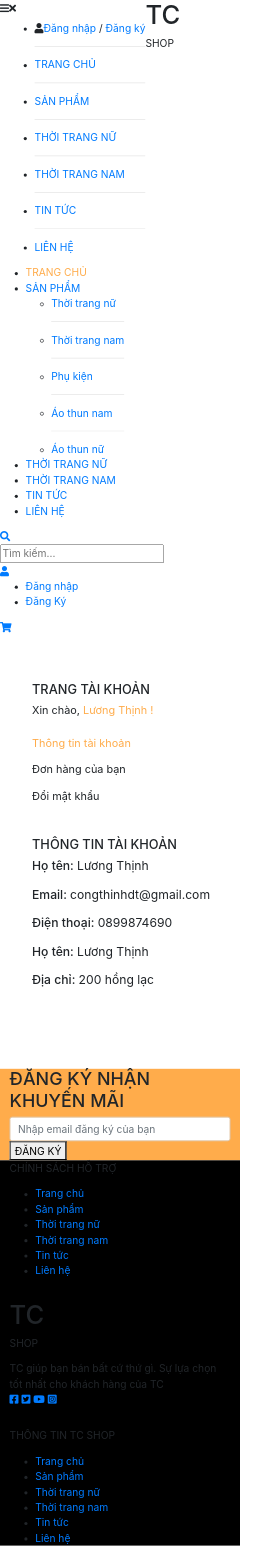
Repository: congthinh1701/TCshop
Page: ThongTinTaiKhoan.html
The author's editor kept a copy of each file at every save. The page is drawn from the files as they stood at one save, then again after the next save.
The browser window is 375 px wide. The page is 425 px wide, then 385 px, so the pictures cover 425 px, including what lies to the right of the window. The pictures show the whole page, at 64% of full size.
The style sheet was rebuilt from its Sass, Less or Tailwind sources for each picture, by a compiler version that may differ from the author's.

Above is the page before, as saved 2021-09-08 17:29:20.

### ThongTinTaiKhoan.html
<!DOCTYPE html>
<html lang="en">
<head>
    <meta charset="UTF-8">
    <meta http-equiv="X-UA-Compatible" content="IE=edge">
    <meta name="viewport" content="width=device-width, initial-scale=1.0">
    <title>Document</title>
    <link rel="stylesheet" href="fontawesome-free-5.15.4-web/css/all.css">
    <link rel="stylesheet" href="sass/style.css">
</head>
<body>
    <div id="headerID"> <!-- your header --> </div>
    <div class="container admin">
        <div class="trang-tai-khoan">
            <h5>TRANG TÀI KHOẢN</h5>
            <div class="trang-tai-khoan-hello left ">
                <p>Xin chào, <span>Lương Thịnh !</span></p>
            </div>
            <div class="trang-tai-khoan-thong-tin left active">
                <p>Thông tin tài khoản</p>
            </div>
            <div class="trang-tai-khoan-hello left">
                <p>Đơn hàng của bạn</p>
            </div>
            <div class="trang-tai-khoan-hello left">
                <p>Đổi mật khẩu</p>
            </div>
        </div>
        <div class="thong-tin-tai-khoan">
            <h5>THÔNG TIN TÀI KHOẢN</h5>
            <div class="thong-tin-tai-khoan-name">
                <p><span>Họ tên: </span>Lương Thịnh</p>
                <p><span>Email: </span>congthinhdt@gmail.com</p>
                <p><span>Điện thoại: </span>0899874690</p>
                <p><span>Họ tên: </span>Lương Thịnh</p>
                <p><span>Địa chỉ: </span>200 hồng lạc</p>
            </div>
        </div>
    </div>
    <div id="footerID"> <!-- your header --> </div>
    <script src="https://cdnjs.cloudflare.com/ajax/libs/jquery/3.6.0/jquery.min.js" integrity="sha512-894YE6QWD5I59HgZOGReFYm4dnWc1Qt5NtvYSaNcOP+u1T9qYdvdihz0PPSiiqn/+/3e7Jo4EaG7TubfWGUrMQ==" crossorigin="anonymous" referrerpolicy="no-referrer"></script>
    <script>
        $("#headerID").load("header.html");
        $("#footerID").load("footer.html");
      </script>
</body>
</html>

### header.html
<!DOCTYPE html>
<html lang="en">
<head>
    <meta charset="UTF-8">
    <meta http-equiv="X-UA-Compatible" content="IE=edge">
    <meta name="viewport" content="width=device-width, initial-scale=1.0">
    <title>Document</title>
    <link rel="stylesheet" href="assets/css/style.css">
    <link rel="stylesheet" href="assets/css/base.css">
    <link rel="stylesheet" href="fontawesome-free-5.15.4-web/css/all.css">
    <link rel="stylesheet" href="https://maxcdn.bootstrapcdn.com/bootstrap/4.1.3/css/bootstrap.min.css">
    <script src="https://maxcdn.bootstrapcdn.com/bootstrap/4.1.3/js/bootstrap.min.js"></script>
</head>
<body>
    <div class="container-lg">
        <div class="nav">
            <label for="nav-mobile-input" class="nav_bars-btn">
                <i class="fas fa-bars"></i>
            </label>

            <input hidden type="checkbox" name="" class="nav_input" id="nav-mobile-input">
            <label for="nav-mobile-input" class="nav_overlay"></label>
            <nav class="nav-mobile">
                <label for="nav-mobile-input" class="nav__mobile-close">
                    <i class="fas fa-times"></i>
                </label>
                <ul class="nav__mobile-list">

                    <li class="nav__mobile-list-user">

                        <p><i class="fas fa-user"></i><a href="#">Đăng nhập</a> <span>/</span> <a href="#">Đăng ký</a>
                        </p>
                    </li>
                    <hr>
                    <li>
                        <a href="" class="nav__mobile-link">TRANG CHỦ</a>
                    </li>
                    <hr>
                    <li>
                        <a href="" class="nav__mobile-link">SẢN PHẨM</a>
                    </li>
                    <hr>
                    <li>
                        <a href="" class="nav__mobile-link">THỜI TRANG NỮ</a>
                    </li>
                    <hr>
                    <li>
                        <a href="" class="nav__mobile-link">THỜI TRANG NAM</a>
                    </li>
                    <hr>
                    <li>
                        <a href="" class="nav__mobile-link">TIN TỨC</a>
                    </li>
                    <hr>
                    <li>
                        <a href="" class="nav__mobile-link">LIÊN HỆ</a>
                    </li>
                </ul>
            </nav>
            <div class="nav-logo">
                <h1>TC</h1>
                <p>SHOP</p>
            </div>
            <nav class="nav-pc">
                <ul class="nav__list">
                    <li>
                        <a style="color:#ffac4b" href="home.html" class="nav__link">TRANG CHỦ</a>
                    </li>
                    <li class="options">
                        <a href="" class="nav__link">SẢN PHẨM</a>
                        <div class="nav__link-options">
                            <ul class="nav__link-options-list">
                                <li><a href="#">Thời trang nữ</a></li>
                                <hr>
                                <li><a href="#">Thời trang nam</a></li>
                                <hr>
                                <li><a href="#">Phụ kiện</a></li>
                                <hr>
                                <li><a href="#">Áo thun nam</a></li>
                                <hr>
                                <li><a href="#">Áo thun nữ</a></li>
                            </ul>
                        </div>
                    </li>
                    <li>
                        <a href="" class="nav__link">THỜI TRANG NỮ</a>
                    </li>
                    <li>
                        <a href="" class="nav__link">THỜI TRANG NAM</a>
                    </li>
                    <li>
                        <a href="" class="nav__link">TIN TỨC</a>
                    </li>
                    <li>
                        <a href="" class="nav__link">LIÊN HỆ</a>
                    </li>
                </ul>
            </nav>
            <div class="nav-right">
                <div class="search">
                    <a href="#"><i class="fas fa-search"></i></a>
                    <div class="search-hover">
                        <form>
                            <input class="search" type="text" name="search" placeholder="Tìm kiếm..." />
                        </form>
                    </div>
                </div>
                <div class="user">
                    <a href="#"> <i class="fas fa-user"></i></a>
                    <div class="user-hover">
                        <ul class="user-hover-list">
                            <li class="nav_link"><a href="#">Đăng nhập</a></li>
                            <li><a href="#">Đăng Ký</a></li>
                        </ul>
                    </div>
                </div>
                <div class="shopping">
                    <a href="card.html"><i class="fas fa-shopping-cart"></i></a>

                </div>
            </div>


        </div>
    </div>
</body>
</html>

### footer.html
<!DOCTYPE html>
<html lang="en">
<head>
    <meta charset="UTF-8">
    <meta http-equiv="X-UA-Compatible" content="IE=edge">
    <meta name="viewport" content="width=device-width, initial-scale=1.0">
    <title>Document</title>
    <link rel="stylesheet" href="assets/css/style.css">
    <link rel="stylesheet" href="assets/css/base.css">
    <link rel="stylesheet" href="fontawesome-free-5.15.4-web/css/all.css">
    <link rel="stylesheet" href="https://maxcdn.bootstrapcdn.com/bootstrap/4.1.3/css/bootstrap.min.css">
    <script src="https://maxcdn.bootstrapcdn.com/bootstrap/4.1.3/js/bootstrap.min.js"></script>
</head>
<body>
    <div class="container-lg" style="background-color: #ffac4b; margin-top: 50px;">
        <div class="container dangky">
            <div class="dangky-left">
                <h3>ĐĂNG KÝ NHẬN KHUYẾN MÃI</h3>
            </div>
            <div class="dangky-right">
                <form>
                    <input class="form-control" type="text" placeholder="Nhập email đăng ký của bạn">
                    <button type="button">ĐĂNG KÝ</button>
                </form>
            </div>
        </div>
    </div>

    <div class="container-lg" style="background-color: black">
        <div class="container footer">
            <div class="chinhsach-hotro">
                <p class="header">CHÍNH SÁCH HỖ TRỢ</p>
                <ul class="nav-list">
                    <li class="nav_link"><a href="#">Trang chủ</a></li>
                    <li class="nav_link"><a href="#">Sản phẩm</a></li>
                    <li class="nav_link"><a href="#">Thời trang nữ</a></li>
                    <li class="nav_link"><a href="#">Thời trang nam</a></li>
                    <li class="nav_link"><a href="#">Tin tức</a></li>
                    <li class="nav_link"><a href="#">Liên hệ</a></li>
                </ul>
            </div>
            <hr>
            <div class="ketnoi-shop">
                <h1>TC</h1>
                <p>SHOP</p>
                <span>TC giúp bạn bán bất cứ thứ gì. Sự lựa chọn tốt nhất cho khách hàng của TC</span>
                <div class="mangxahoi">
                    <a href="#"><i class="fab fa-facebook-square"></i></a>
                    <a href="#"><i class="fab fa-twitter-square"></i></a>
                    <a href="#"><i class="fab fa-youtube"></i></a>
                    <a href="#"><i class="fab fa-instagram-square"></i></a>
                </div>
            </div>
            <hr>
            <div class="thongtin-shop">
                <p class="header">THÔNG TIN TC SHOP</p>
                <ul class="nav-list">
                    <li class="nav_link"><a href="#">Trang chủ</a></li>
                    <li class="nav_link"><a href="#">Sản phẩm</a></li>
                    <li class="nav_link"><a href="#">Thời trang nữ</a></li>
                    <li class="nav_link"><a href="#">Thời trang nam</a></li>
                    <li class="nav_link"><a href="#">Tin tức</a></li>
                    <li class="nav_link"><a href="#">Liên hệ</a></li>
                </ul>
            </div>
        </div>
    </div>
</body>
</html>

### assets/css/base.css
:root{
    --primary-color:#EE4D2D;
    --primary-color-rgba:rgb(238,75,43);
    --white-color:#fff;
    --black-color:#000;
    --text-color:#333333;
    --font-weight:700;
    --font-size-product:19px;
    --font-weight-product:400;
    --font-size-price:18px;
    --header-height:120px;
    --navbar-height:34px;
    --header-with-search-height:calc(var(var(--header-height)-var(var(--navbar-height))))

}

### sass/style.scss

$text-fontSize:17px;
$text-fontSizeTK:19px;
$fontWeight:500;

.admin{
    display:flex;
    --columns:2;
    margin-top: 50px;
    @media (max-width: 923px) {
        --columns:1;
        display:unset;
        .trang-tai-khoan{
            width: calc(100% / var(--columns));
            margin: 50px;
        }
        .thong-tin-tai-khoan{
            width: calc(100% / var(--columns));
            margin: 50px;
        }
    }
}
.trang-tai-khoan{
    width: calc(100% / var(--columns) - 20%);
    p{
        font-size: $text-fontSize;
        &:hover{
            color: #ffac4b;
        }
        span{
            color: #ffac4b;
        }
    }
    &-thong-tin{
        margin-top:25px
    }
    .active {
        color: #ffac4b;
    }
}
.thong-tin-tai-khoan{
    width: calc(100% / var(--columns) + 20%);
    p{
        font-size: $text-fontSizeTK;
        span{
            font-weight: $fontWeight;
        }
    }
}

Loaded but not shown: fontawesome-free-5.15.4-web/css/all.css (library)

After the next save:
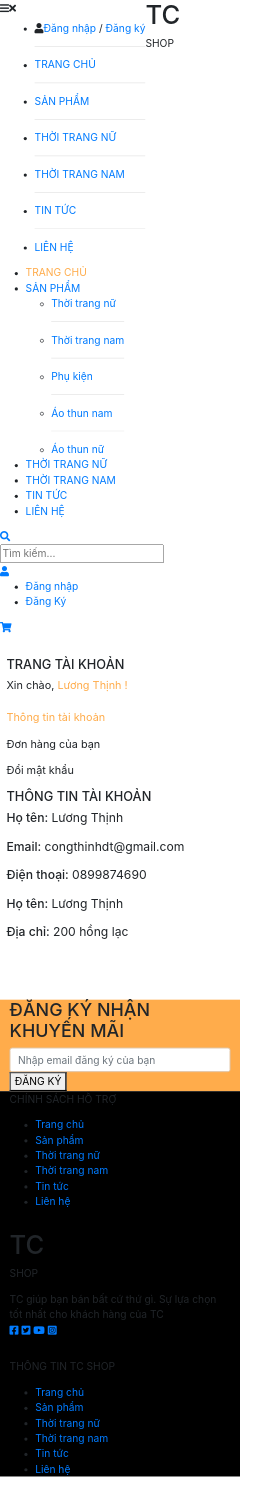
Saved 60 s later.
--- a/sass/style.scss
+++ b/sass/style.scss
@@ -17,6 +17,16 @@ $fontWeight:500;
         .thong-tin-tai-khoan{
             width: calc(100% / var(--columns));
             margin: 50px;
+        }
+    }
+    @media (max-width: 623px) {
+        .trang-tai-khoan{
+            width: calc(100% / var(--columns));
+            margin: 10px;
+        }
+        .thong-tin-tai-khoan{
+            width: calc(100% / var(--columns));
+            margin: 10px;
         }
     }
 }
